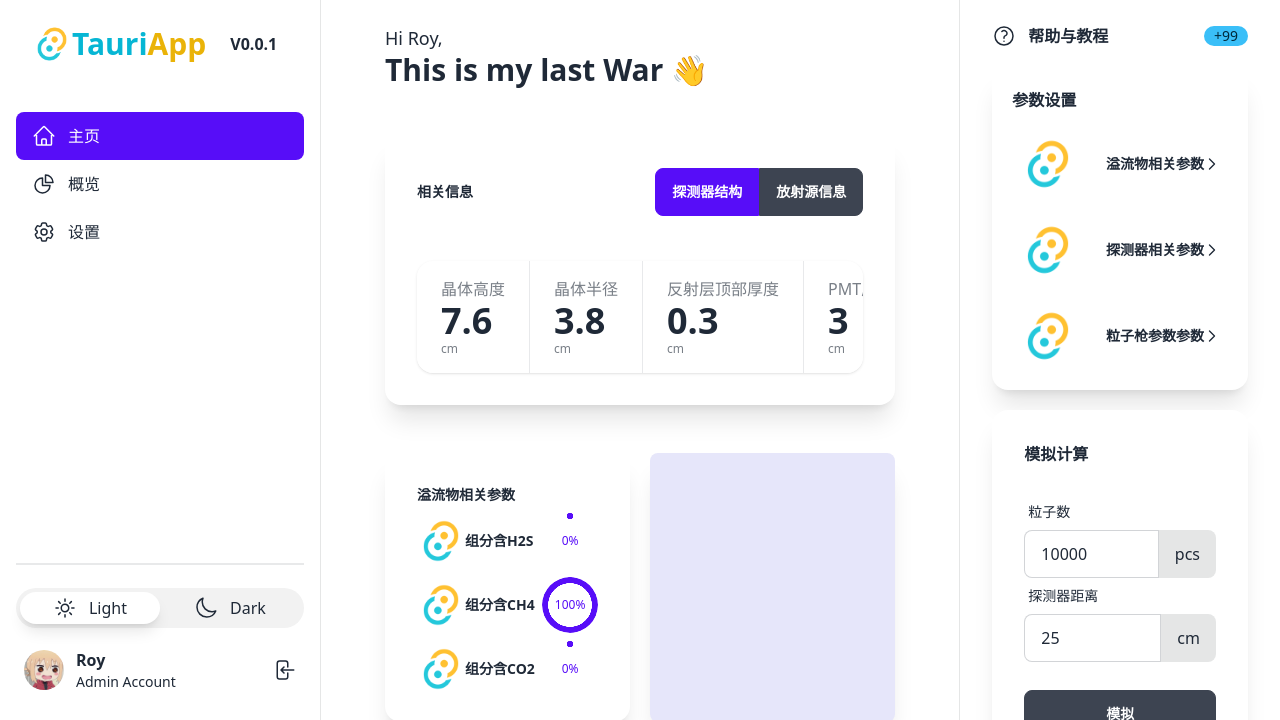
Repository: XMZOVO/tauri-geant4
Page: /
An editor plug-in stored every save of this project. The page is shown before and after the next save, followed by the edit.
The browser window is 1280 px wide. The pictures show the whole page.
The page's requests for data from a server got no answer. An inner scrolling area shows only its first screen. The project was rebuilt for these pictures with package versions that can differ from the ones it lists, and the page was loaded fresh each time. No one was signed in, and anything a server would have sent is missing. Also part of the build but not shown: vite.config.ts.

Above is the page before, as saved 2022-09-07 19:58:44.

### index.html
<!DOCTYPE html>
<html lang="en">
  <head>
    <meta charset="UTF-8" />
    <link rel="icon" type="image/svg+xml" href="/vite.svg" />
    <meta name="viewport" content="width=device-width, initial-scale=1.0" />
    <title>Tauri + Vue + TS</title>
  </head>

  <body>
    <div id="app"></div>
    <script type="module" src="/src/main.ts"></script>
    <script
      type="module"
      src="https://root.cern/js/latest/modules/main.mjs"
    ></script>
  </body>
</html>

### src/main.ts
import { createApp } from "vue";
import App from "./App.vue";
import "./index.css";
import { Router } from "./router";
import { createPinia } from "pinia";

const pinia = createPinia();

createApp(App).use(pinia).use(Router).mount("#app");

### src/router/index.ts
import { createRouter, createWebHistory } from "vue-router";

const routes = [
  {
    path: "",
    component: () => import("../components/MainWindow.vue"),
    children: [
      {
        path: "",
        component: () => import("../components/Home.vue"),
      },
      {
        path: "Setting",
        component: () => import("../components/Setting.vue"),
      },
      {
        path: "Overview",
        component: () => import("../components/Overview.vue"),
      },
    ],
  },
];

export const Router = createRouter({
  scrollBehavior: () => ({ left: 0, top: 0 }),
  history: createWebHistory(),
  routes,
});

### src/components/Home.vue
<script setup lang="ts" type="module">
import { ref } from "vue";
import { invoke } from "@tauri-apps/api/tauri";
import { useRouter, onBeforeRouteLeave, onBeforeRouteUpdate } from "vue-router";
import path from "path";
import { exit } from "@tauri-apps/api/process";
import { fetch } from "@tauri-apps/api/http";

const router = useRouter();
const greetMsg = ref("");
const name = ref("");
let specFile = ref("");
let JSRootPath = ref("/JsRoot720/");

let detectorSrc = ref(
  JSRootPath.value +
    "index.htm?nobrowser&file=http://localhost:8080/file/G4Backend/build/rootFiles/wtest.root&item=Default;1&opt=ssao;transp60"
);

const parametersNames = ref([
  { name: "探测器结构", checked: true },
  { name: "放射源信息", checked: false },
]);
const selectedName = ref("钻井液性能");
const detectorProperties = ref([
  { name: "晶体高度", value: 7.6, unit: "cm" },
  { name: "晶体半径", value: 3.8, unit: "cm" },
  { name: "反射层顶部厚度", value: "0.3", unit: "cm" },
  { name: "PMT厚度", value: 3, unit: "cm" },
]);
const radioactiveProperties = ref([
  { name: "放射性同位素", value: "Co60", unit: "" },
  { name: "粒子数", value: 1000, unit: "" },
  { name: "3", value: 20, unit: "" },
  { name: "4", value: 0.02, unit: "" },
  { name: "5", value: 10, unit: "" },
]);
const overflowParam = ref([
  { name: "组分含H2S", percent: 0 },
  { name: "组分含CH4", percent: 100 },
  { name: "组分含CO2", percent: 0 },
]);
const paticleParameters = ref([
  { name: "粒子数", value: 10000, unit: "pcs" },
  { name: "探测器距离", value: 25, unit: "cm" },
]);
const btnWait = ref("");

async function greet() {
  greetMsg.value = await invoke("greet", { name: name.value });
}

const parametersInfoChanged = (name: String) => {
  if (name == "探测器结构") {
    parametersNames.value[0].checked = true;
    parametersNames.value[1].checked = false;
  } else {
    parametersNames.value[0].checked = false;
    parametersNames.value[1].checked = true;
  }
};

const executeCalculate = async () => {
  if (paticleParameters.value[0].value > 10000000) {
    alert("粒子数过大");
    return;
  }
  btnWait.value = "loading";
  const response = await fetch("http://localhost:8080/g4", {
    method: "POST",
    query: {
      ch: detectorProperties.value[0].value.toString(),
      cr: detectorProperties.value[1].value.toString(),
      rtt: detectorProperties.value[2].value.toString(),
      num: paticleParameters.value[0].value.toString(),
    },
  }).then((res) => {
    btnWait.value = "";
    router.push({ path: "/Overview" });
  });
};

const refreshDetector = async () => {
  detectorSrc.value = " ";
  await fetch("http://localhost:8080/gdml", {
    method: "GET",
    query: {
      ch: detectorProperties.value[0].value.toString(),
      cr: detectorProperties.value[1].value.toString(),
      rtt: detectorProperties.value[2].value.toString(),
      pmt: detectorProperties.value[3].value.toString(),
    },
  }).then(() => {
    // let iframe: any = document.getElementById("iframe");
    // iframe.contentWindow.location.reload(true);
    detectorSrc.value =
      JSRootPath.value +
      "index.htm?nobrowser&file=http://localhost:8080/file/G4Backend/build/rootFiles/wtest.root&item=Default;1&opt=ssao;transp60";
  });
};

const exitApp = async () => {
  await exit(1);
};
</script>

<template>
  <!-- <div class="card">
    <input id="greet-input" v-model="name" placeholder="Enter a name..." />
    <button type="button" @click="greet()">Greet</button>
  </div>

  <p>{{ greetMsg }}</p> -->

  <div class="flex h-full w-full">
    <div class="w-2/3 space-y-12 border-r border-base-300 py-6 px-16">
      <div class="h-auto">
        <span class="block text-lg font-normal">Hi Roy,</span>
        <span class="block text-3xl font-bold"
          >This is my last War &#128075;</span
        >
      </div>
      <div class="card h-2/5 w-full shadow-xl">
        <div class="card-body justify-between">
          <div class="flex justify-between">
            <p class="card-title text-sm">相关信息</p>
            <!-- 选择框 -->
            <!-- <div class="form-control w-1/3 max-w-xs">
              <select
                class="select select-bordered focus:outline-none"
                @change="parametersInfoChanged($event)"
              >
                <option v-for="item in parametersNames">{{ item }}</option>
              </select>
            </div> -->
            <div class="btn-group">
              <input
                v-for="item in parametersNames"
                type="radio"
                name="options"
                :data-title="item.name"
                class="btn"
                :checked="item.checked"
                @change="parametersInfoChanged(item.name)"
              />
            </div>
          </div>
          <!-- 统计信息 -->
          <div
            class="stats stats-vertical overflow-hidden shadow lg:stats-horizontal"
          >
            <div
              class="stat"
              v-if="parametersNames[0].checked"
              v-for="item in detectorProperties"
            >
              <div class="stat-title">{{ item.name }}</div>
              <div class="stat-value">{{ item.value }}</div>
              <div class="stat-desc">{{ item.unit }}</div>
            </div>
            <div
              class="stat"
              v-if="parametersNames[1].checked"
              v-for="item in radioactiveProperties"
            >
              <div class="stat-title">{{ item.name }}</div>
              <div class="stat-value">{{ item.value }}</div>
              <div class="stat-desc">{{ item.unit }}</div>
            </div>
          </div>
        </div>
      </div>
      <!-- 底部双卡片 -->
      <div class="flex h-2/5 space-x-5">
        <!-- 1 -->
        <div class="card w-1/2 bg-base-100 shadow-xl">
          <div class="card-body">
            <p class="text-sm font-semibold">溢流物相关参数</p>
            <!-- item -->
            <div
              v-for="item in overflowParam"
              class="flex items-center justify-between"
            >
              <img src="../assets/icon.png" class="h-12 w-12" />
              <p class="text-sm font-semibold">{{ item.name }}</p>
              <div
                class="radial-progress text-xs text-primary"
                :style="
                  '--value: ' +
                  item.percent +
                  '; --size: 3.5rem; --thickness: 6px'
                "
              >
                {{ item.percent }}%
              </div>
            </div>
          </div>
        </div>
        <!-- 2 -->
        <div class="card w-1/2 bg-base-100 shadow-xl">
          <div class="card-body p-0">
            <iframe
              :src="detectorSrc"
              frameborder="0"
              class="h-full w-full rounded-lg"
            ></iframe>
          </div>
        </div>
      </div>
    </div>

    <!-- 右侧 -->
    <div class="w-1/3 flex-col space-y-5 px-8 pt-6">
      <!-- 帮助 -->
      <div class="flex items-center justify-between">
        <div class="flex items-center space-x-3">
          <svg
            xmlns="http://www.w3.org/2000/svg"
            fill="none"
            viewBox="0 0 24 24"
            stroke-width="1.5"
            stroke="currentColor"
            class="h-6 w-6"
          >
            <path
              stroke-linecap="round"
              stroke-linejoin="round"
              d="M9.879 7.519c1.171-1.025 3.071-1.025 4.242 0 1.172 1.025 1.172 2.687 0 3.712-.203.179-.43.326-.67.442-.745.361-1.45.999-1.45 1.827v.75M21 12a9 9 0 11-18 0 9 9 0 0118 0zm-9 5.25h.008v.008H12v-.008z"
            />
          </svg>
          <label class="font-bold">帮助与教程</label>
        </div>
        <div class="badge badge-info">+99</div>
      </div>
      <!-- 帮助 -->
      <!-- 卡1 -->
      <div class="flex space-x-5">
        <div class="card w-full overflow-visible bg-base-100 shadow-xl">
          <div class="card-body p-5">
            <div class="flex-col space-y-5">
              <p class="text-md font-bold">参数设置</p>

              <!-- 溢流物 -->
              <div class="dropdown-left dropdown w-full">
                <div
                  tabindex="0"
                  class="flex items-center justify-between rounded-xl px-2 py-1 duration-300 hover:cursor-pointer hover:bg-primary hover:text-base-100"
                >
                  <img src="../assets/icon.png" class="h-14 w-14 rounded-xl" />
                  <div class="flex items-center">
                    <p class="text-sm font-bold">溢流物相关参数</p>
                    <svg
                      xmlns="http://www.w3.org/2000/svg"
                      fill="none"
                      viewBox="0 0 24 24"
                      stroke-width="2"
                      stroke="currentColor"
                      class="h-4 w-4"
                    >
                      <path
                        stroke-linecap="round"
                        stroke-linejoin="round"
                        d="M8.25 4.5l7.5 7.5-7.5 7.5"
                      />
                    </svg>
                  </div>
                </div>
                <!-- 浮动窗口 -->
                <div
                  tabindex="0"
                  class="card dropdown-content rounded-box w-96 bg-base-100 shadow"
                >
                  <div class="card-body space-y-3">
                    <p class="font-bold">设置溢流物相关参数</p>
                    <div
                      v-for="item in overflowParam"
                      class="flex items-center justify-between"
                    >
                      <p>{{ item.name }}</p>
                      <p class="font-bold text-primary">{{ item.percent }}%</p>
                      <input
                        type="range"
                        min="0"
                        max="100"
                        v-model="item.percent"
                        class="range range-xs w-1/2"
                        step="1"
                      />
                    </div>
                  </div>
                </div>
              </div>
              <!-- 溢流物 -->
              <!-- 钻井液 -->
              <div class="dropdown-left dropdown w-full">
                <div
                  tabindex="0"
                  class="flex items-center justify-between rounded-xl px-2 py-1 duration-300 hover:cursor-pointer hover:bg-primary hover:text-base-100"
                >
                  <img src="../assets/icon.png" class="h-14 w-14 rounded-xl" />
                  <div class="flex items-center">
                    <p class="text-sm font-bold">探测器相关参数</p>
                    <svg
                      xmlns="http://www.w3.org/2000/svg"
                      fill="none"
                      viewBox="0 0 24 24"
                      stroke-width="2"
                      stroke="currentColor"
                      class="h-4 w-4"
                    >
                      <path
                        stroke-linecap="round"
                        stroke-linejoin="round"
                        d="M8.25 4.5l7.5 7.5-7.5 7.5"
                      />
                    </svg>
                  </div>
                </div>
                <!-- 浮动窗口 -->
                <div
                  tabindex="0"
                  class="card dropdown-content rounded-box w-96 bg-base-100 shadow"
                >
                  <div class="card-body space-y-1">
                    <div class="flex items-center">
                      <p class="font-bold">设置探测器参数</p>
                      <button class="btn btn-xs" @click="refreshDetector">
                        刷新探测器模型
                      </button>
                    </div>
                    <div
                      v-for="item in detectorProperties"
                      class="form-control"
                    >
                      <label class="label">
                        <span class="label-text">{{ item.name }}</span>
                      </label>
                      <label class="input-group">
                        <input
                          type="text"
                          v-model="item.value"
                          class="input input-bordered w-3/4 focus:outline-none"
                        />
                        <span class="w-1/4">{{ item.unit }}</span>
                      </label>
                    </div>
                  </div>
                </div>
              </div>
              <!-- 钻井液 -->
              <!-- 节流压 -->
              <div class="dropdown-left dropdown w-full">
                <div
                  tabindex="0"
                  class="flex items-center justify-between rounded-xl px-2 py-1 duration-300 hover:cursor-pointer hover:bg-primary hover:text-base-100"
                >
                  <img src="../assets/icon.png" class="h-14 w-14 rounded-xl" />
                  <div class="flex items-center">
                    <p class="text-sm font-bold">粒子枪参数参数</p>
                    <svg
                      xmlns="http://www.w3.org/2000/svg"
                      fill="none"
                      viewBox="0 0 24 24"
                      stroke-width="2"
                      stroke="currentColor"
                      class="h-4 w-4"
                    >
                      <path
                        stroke-linecap="round"
                        stroke-linejoin="round"
                        d="M8.25 4.5l7.5 7.5-7.5 7.5"
                      />
                    </svg>
                  </div>
                </div>
                <!-- 浮动窗口 -->
                <div
                  tabindex="0"
                  class="card dropdown-content rounded-box w-96 bg-base-100 shadow"
                >
                  <div class="card-body space-y-3">
                    <p class="font-bold">设置粒子枪参数</p>
                    <div
                      v-for="item in radioactiveProperties"
                      class="form-control"
                    >
                      <label class="label">
                        <span class="label-text">{{ item.name }}</span>
                      </label>
                      <label class="input-group">
                        <input
                          type="text"
                          v-model="item.value"
                          class="input input-bordered w-3/4 focus:outline-none"
                        />
                        <span class="w-1/4">{{ item.unit }}</span>
                      </label>
                    </div>
                  </div>
                </div>
              </div>
              <!-- 节流压 -->
            </div>
          </div>
        </div>
      </div>
      <!-- 卡2 -->
      <div class="flex space-x-5">
        <div class="card w-full bg-base-100 shadow-xl">
          <div class="card-body space-y-5">
            <p class="text-md font-bold">模拟计算</p>
            <div>
              <div v-for="item in paticleParameters" class="form-control">
                <label class="label">
                  <span class="label-text">{{ item.name }}</span>
                </label>
                <label class="input-group">
                  <input
                    type="text"
                    placeholder="0.01"
                    v-model="item.value"
                    class="input input-bordered w-full focus:outline-none"
                  />
                  <span>{{ item.unit }}</span>
                </label>
              </div>
            </div>
            <!-- 计算 -->
            <button :class="'btn w-full ' + btnWait" @click="executeCalculate">
              模拟
            </button>
          </div>
        </div>
      </div>
    </div>
  </div>
</template>

<style scoped></style>

Loaded but not shown: src/App.vue (common file); src/index.css (common file); tailwind.config.cjs (common file); public/JsRoot720/modules/d3.mjs (library); public/JsRoot720/modules/gui/HierarchyPainter.mjs (library); public/JsRoot720/modules/io.mjs (3859 lines, source omitted); public/JsRoot720/modules/gpad/TFramePainter.mjs (2781 lines, source omitted); public/JsRoot720/modules/gpad/TPadPainter.mjs (2078 lines, source omitted); public/JsRoot720/modules/gui/menu.mjs (1573 lines, source omitted); public/JsRoot720/modules/core.mjs (1681 lines, source omitted); public/JsRoot720/modules/gui/display.mjs (1711 lines, source omitted); public/JsRoot720/modules/base/ObjectPainter.mjs (1608 lines, source omitted); public/JsRoot720/modules/base/math.mjs (2061 lines, source omitted); public/JsRoot720/modules/gpad/TAxisPainter.mjs (1330 lines, source omitted); public/JsRoot720/modules/hist/TPavePainter.mjs (1257 lines, source omitted); public/JsRoot720/modules/base/latex.mjs (1324 lines, source omitted); public/JsRoot720/modules/draw.mjs (618 lines, source omitted); public/JsRoot720/modules/gui/utils.mjs (511 lines, source omitted); public/JsRoot720/modules/gpad/TCanvasPainter.mjs (756 lines, source omitted); public/JsRoot720/modules/base/BasePainter.mjs (670 lines, source omitted); public/JsRoot720/modules/base/TAttFillHandler.mjs (343 lines, source omitted); public/JsRoot720/modules/base/TAttMarkerHandler.mjs (292 lines, source omitted); public/JsRoot720/modules/gui.mjs (206 lines, source omitted); public/JsRoot720/modules/base/colors.mjs (172 lines, source omitted); public/JsRoot720/modules/base/TAttLineHandler.mjs (166 lines, source omitted); public/JsRoot720/modules/base/FontHandler.mjs (139 lines, source omitted); src/components/MainWindow.vue (246 lines, source omitted)

After the next save:
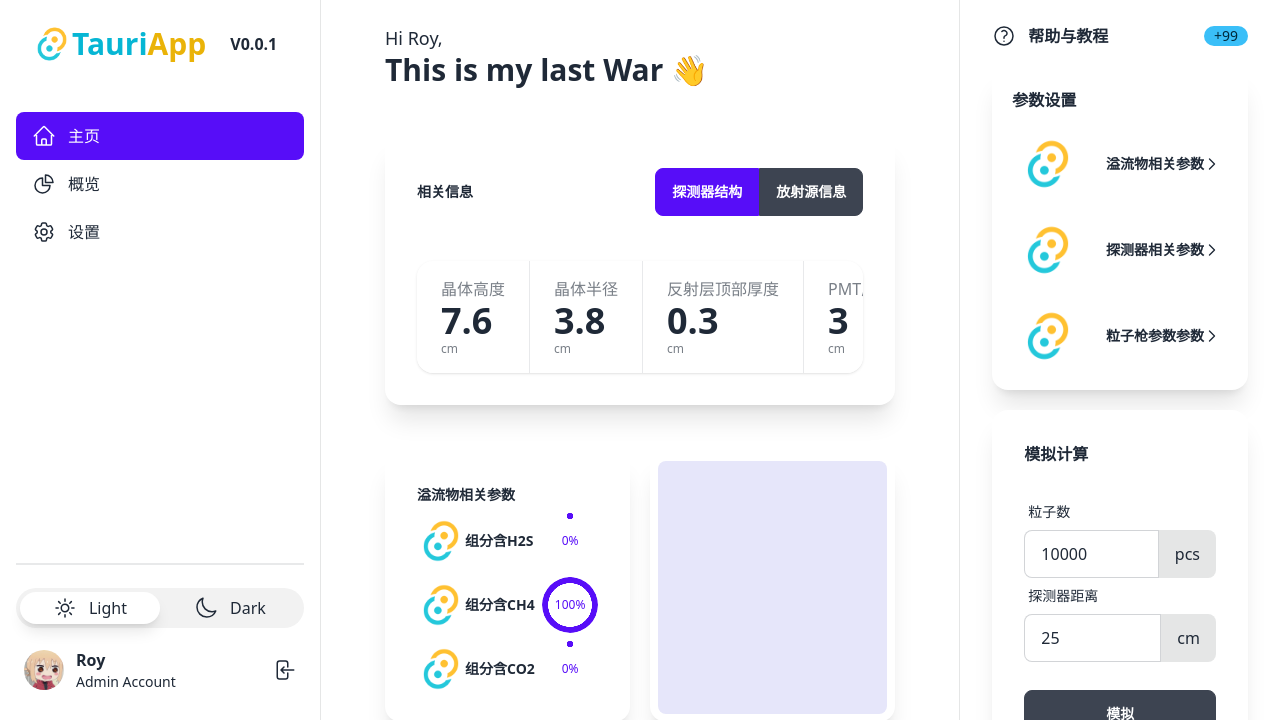
Saved 5 s later.
--- a/src/components/Home.vue
+++ b/src/components/Home.vue
@@ -198,7 +198,7 @@ const exitApp = async () => {
         </div>
         <!-- 2 -->
         <div class="card w-1/2 bg-base-100 shadow-xl">
-          <div class="card-body p-0">
+          <div class="card-body p-2">
             <iframe
               :src="detectorSrc"
               frameborder="0"
